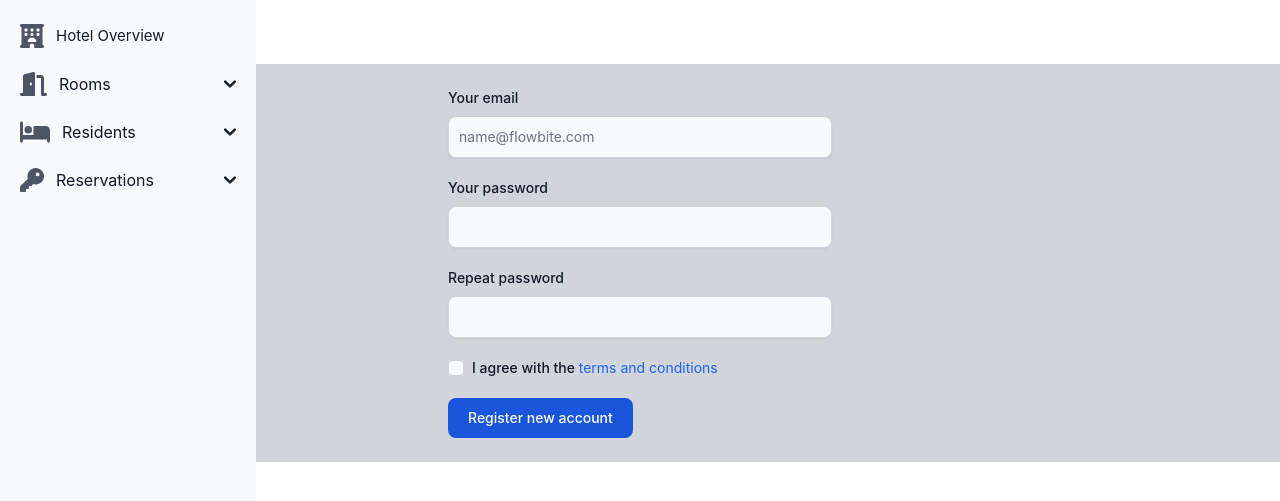
Repository: aggepap/hotelReservationsProj
Page: /rooms/add (app in admin-panel/)
An editor plug-in stored every save of this project. The page is shown before and after the next save, followed by the edit.
The browser window is 1280 px wide. The pictures show the whole page.
The project was rebuilt for these pictures with package versions that can differ from the ones it lists, and the page was loaded fresh each time. Also part of the build but not shown: admin-panel/vite.config.ts, admin-panel/src/views/HomeView.vue.

Above is the page before, as saved 2025-01-19 15:43:29.

### admin-panel/index.html
<!DOCTYPE html>
<html lang="">
  <head>
    <meta charset="UTF-8" />
    <link rel="icon" href="/favicon.ico" />
    <meta name="viewport" content="width=device-width, initial-scale=1.0" />
    <title>Vite App</title>
  </head>
  <body>
    <div id="app"></div>
    <script type="module" src="/src/main.ts"></script>
  </body>
</html>

### admin-panel/src/main.ts
import "./assets/main.css";
import "primeicons/primeicons.css";
import "flowbite";

import { createApp } from "vue";
import App from "./App.vue";
import router from "./router";

const app = createApp(App);

app.use(router);

app.mount("#app");

### admin-panel/src/assets/main.css
@import "./base.css";
@tailwind base;
@tailwind components;
@tailwind utilities;

### admin-panel/src/App.vue
<script setup lang="ts">
import { RouterLink, RouterView } from "vue-router";
import { FontAwesomeIcon } from "@fortawesome/vue-fontawesome";
import { faDoorOpen } from "@fortawesome/free-solid-svg-icons";
import { faHotel } from "@fortawesome/free-solid-svg-icons";
import { faBed } from "@fortawesome/free-solid-svg-icons";
import { faKey } from "@fortawesome/free-solid-svg-icons";
</script>

<template>
  <button
    data-drawer-target="sidebar-multi-level-sidebar"
    data-drawer-toggle="sidebar-multi-level-sidebar"
    aria-controls="sidebar-multi-level-sidebar"
    type="button"
    class="inline-flex items-center p-2 mt-2 ms-3 text-sm text-gray-500 rounded-lg sm:hidden hover:bg-gray-100 focus:outline-none focus:ring-2 focus:ring-gray-200 dark:text-gray-400 dark:hover:bg-gray-700 dark:focus:ring-gray-600"
  >
    <span class="sr-only">Open sidebar</span>
    <svg
      class="w-6 h-6"
      aria-hidden="true"
      fill="currentColor"
      viewBox="0 0 20 20"
      xmlns="http://www.w3.org/2000/svg"
    >
      <path
        clip-rule="evenodd"
        fill-rule="evenodd"
        d="M2 4.75A.75.75 0 012.75 4h14.5a.75.75 0 010 1.5H2.75A.75.75 0 012 4.75zm0 10.5a.75.75 0 01.75-.75h7.5a.75.75 0 010 1.5h-7.5a.75.75 0 01-.75-.75zM2 10a.75.75 0 01.75-.75h14.5a.75.75 0 010 1.5H2.75A.75.75 0 012 10z"
      ></path>
    </svg>
  </button>

  <aside
    id="sidebar-multi-level-sidebar"
    class="fixed top-0 left-0 z-40 w-64 h-screen transition-transform -translate-x-full sm:translate-x-0"
    aria-label="Sidebar"
  >
    <div class="h-full px-3 py-4 overflow-y-auto bg-gray-50 dark:bg-gray-800">
      <ul class="space-y-2 font-medium">
        <li>
          <a
            href="#"
            class="flex items-center p-2 text-gray-900 rounded-lg dark:text-white hover:bg-gray-100 dark:hover:bg-gray-700 group"
          >
            <FontAwesomeIcon class="text-gray-600 text-2xl" :icon="faHotel" />
            <span class="ms-3">Hotel Overview</span>
          </a>
        </li>
        <li>
          <button
            type="button"
            class="flex items-center w-full p-2 text-base text-gray-900 transition duration-75 rounded-lg group hover:bg-gray-100 dark:text-white dark:hover:bg-gray-700"
            aria-controls="dropdown-rooms"
            data-collapse-toggle="dropdown-rooms"
          >
            <FontAwesomeIcon
              class="text-gray-600 text-2xl"
              :icon="faDoorOpen"
            />

            <span class="flex-1 ms-3 text-left rtl:text-right whitespace-nowrap"
              >Rooms</span
            >
            <svg
              class="w-3 h-3"
              aria-hidden="true"
              xmlns="http://www.w3.org/2000/svg"
              fill="none"
              viewBox="0 0 10 6"
            >
              <path
                stroke="currentColor"
                stroke-linecap="round"
                stroke-linejoin="round"
                stroke-width="2"
                d="m1 1 4 4 4-4"
              />
            </svg>
          </button>
          <ul id="dropdown-rooms" class="hidden py-2 space-y-2">
            <li>
              <RouterLink
                to="/rooms/add"
                class="flex justify-start gap-2 items-start w-full p-2 text-gray-900 transition duration-75 rounded-lg pl-11 group hover:bg-gray-100 dark:text-white dark:hover:bg-gray-700"
              >
                <i class="pi pi-plus pt-1"></i> Add new Room</RouterLink
              >
            </li>
          </ul>
        </li>
        <li>
          <button
            type="button"
            class="flex items-center w-full p-2 text-base text-gray-900 transition duration-75 rounded-lg group hover:bg-gray-100 dark:text-white dark:hover:bg-gray-700"
            aria-controls="dropdown-residents"
            data-collapse-toggle="dropdown-residents"
          >
            <FontAwesomeIcon class="text-gray-600 text-2xl" :icon="faBed" />

            <span class="flex-1 ms-3 text-left rtl:text-right whitespace-nowrap"
              >Residents</span
            >
            <svg
              class="w-3 h-3"
              aria-hidden="true"
              xmlns="http://www.w3.org/2000/svg"
              fill="none"
              viewBox="0 0 10 6"
            >
              <path
                stroke="currentColor"
                stroke-linecap="round"
                stroke-linejoin="round"
                stroke-width="2"
                d="m1 1 4 4 4-4"
              />
            </svg>
          </button>
          <ul id="dropdown-residents" class="hidden py-2 space-y-2">
            <li>
              <a
                href="#"
                class="flex justify-start gap-2 items-start w-full p-2 text-gray-900 transition duration-75 rounded-lg pl-11 group hover:bg-gray-100 dark:text-white dark:hover:bg-gray-700"
              >
                <i class="pi pi-plus pt-1"></i> Add a Resident</a
              >
            </li>
          </ul>
        </li>
        <li>
          <button
            type="button"
            class="flex items-center w-full p-2 text-base text-gray-900 transition duration-75 rounded-lg group hover:bg-gray-100 dark:text-white dark:hover:bg-gray-700"
            aria-controls="dropdown-reservations"
            data-collapse-toggle="dropdown-reservations"
          >
            <FontAwesomeIcon class="text-gray-600 text-2xl" :icon="faKey" />

            <span class="flex-1 ms-3 text-left rtl:text-right whitespace-nowrap"
              >Reservations</span
            >
            <svg
              class="w-3 h-3"
              aria-hidden="true"
              xmlns="http://www.w3.org/2000/svg"
              fill="none"
              viewBox="0 0 10 6"
            >
              <path
                stroke="currentColor"
                stroke-linecap="round"
                stroke-linejoin="round"
                stroke-width="2"
                d="m1 1 4 4 4-4"
              />
            </svg>
          </button>
          <ul id="dropdown-reservations" class="hidden py-2 space-y-2">
            <li>
              <a
                href="#"
                class="flex justify-start gap-2 items-start w-full p-2 text-gray-900 transition duration-75 rounded-lg pl-11 group hover:bg-gray-100 dark:text-white dark:hover:bg-gray-700"
              >
                <i class="pi pi-plus pt-1"></i> Add a Reservation</a
              >
            </li>
          </ul>
        </li>
      </ul>
    </div>
  </aside>

  <main class="flex items-start w-full h-screen pt-12">
    <div class="mx-auto w-full m-4 md:p-6 bg-gray-300">
      <RouterView />
    </div>
  </main>
</template>

### admin-panel/src/router/index.ts
import { createRouter, createWebHistory } from "vue-router";
import HomeView from "../views/HomeView.vue";
import AddRoomView from "@/views/roomviews/AddRoomView.vue";

const router = createRouter({
  history: createWebHistory(import.meta.env.BASE_URL),
  routes: [
    {
      path: "/",
      name: "home",
      component: HomeView,
    },
    {
      path: "/rooms/add",
      name: "addRoom",
      component: AddRoomView,
    },
    {
      path: "/about",
      name: "about",
      // route level code-splitting
      // this generates a separate chunk (About.[hash].js) for this route
      // which is lazy-loaded when the route is visited.
      component: () => import("../views/AboutView.vue"),
    },
  ],
});

export default router;

### admin-panel/src/views/roomviews/AddRoomView.vue
<script setup></script>

<template>
  <form class="max-w-sm mx-auto">
    <div class="mb-5">
      <label
        for="email"
        class="block mb-2 text-sm font-medium text-gray-900 dark:text-white"
        >Your email</label
      >
      <input
        type="email"
        id="email"
        class="shadow-sm bg-gray-50 border border-gray-300 text-gray-900 text-sm rounded-lg focus:ring-blue-500 focus:border-blue-500 block w-full p-2.5 dark:bg-gray-700 dark:border-gray-600 dark:placeholder-gray-400 dark:text-white dark:focus:ring-blue-500 dark:focus:border-blue-500 dark:shadow-sm-light"
        placeholder="name@flowbite.com"
        required
      />
    </div>
    <div class="mb-5">
      <label
        for="password"
        class="block mb-2 text-sm font-medium text-gray-900 dark:text-white"
        >Your password</label
      >
      <input
        type="password"
        id="password"
        class="shadow-sm bg-gray-50 border border-gray-300 text-gray-900 text-sm rounded-lg focus:ring-blue-500 focus:border-blue-500 block w-full p-2.5 dark:bg-gray-700 dark:border-gray-600 dark:placeholder-gray-400 dark:text-white dark:focus:ring-blue-500 dark:focus:border-blue-500 dark:shadow-sm-light"
        required
      />
    </div>
    <div class="mb-5">
      <label
        for="repeat-password"
        class="block mb-2 text-sm font-medium text-gray-900 dark:text-white"
        >Repeat password</label
      >
      <input
        type="password"
        id="repeat-password"
        class="shadow-sm bg-gray-50 border border-gray-300 text-gray-900 text-sm rounded-lg focus:ring-blue-500 focus:border-blue-500 block w-full p-2.5 dark:bg-gray-700 dark:border-gray-600 dark:placeholder-gray-400 dark:text-white dark:focus:ring-blue-500 dark:focus:border-blue-500 dark:shadow-sm-light"
        required
      />
    </div>
    <div class="flex items-start mb-5">
      <div class="flex items-center h-5">
        <input
          id="terms"
          type="checkbox"
          value=""
          class="w-4 h-4 border border-gray-300 rounded bg-gray-50 focus:ring-3 focus:ring-blue-300 dark:bg-gray-700 dark:border-gray-600 dark:focus:ring-blue-600 dark:ring-offset-gray-800 dark:focus:ring-offset-gray-800"
          required
        />
      </div>
      <label
        for="terms"
        class="ms-2 text-sm font-medium text-gray-900 dark:text-gray-300"
        >I agree with the
        <a href="#" class="text-blue-600 hover:underline dark:text-blue-500"
          >terms and conditions</a
        ></label
      >
    </div>
    <button
      type="submit"
      class="text-white bg-blue-700 hover:bg-blue-800 focus:ring-4 focus:outline-none focus:ring-blue-300 font-medium rounded-lg text-sm px-5 py-2.5 text-center dark:bg-blue-600 dark:hover:bg-blue-700 dark:focus:ring-blue-800"
    >
      Register new account
    </button>
  </form>
</template>

### admin-panel/tailwind.config.js
/** @type {import('tailwindcss').Config} */
export default {
  content: [
    "./index.html",
    "./src/**/*.{vue,js,ts,jsx,tsx}",
    "./node_modules/flowbite/**/*.js",
  ],
  theme: {
    extend: {},
  },
  plugins: [require("flowbite/plugin")],
};

Loaded but not shown: admin-panel/src/assets/base.css (common file)

After the next save:
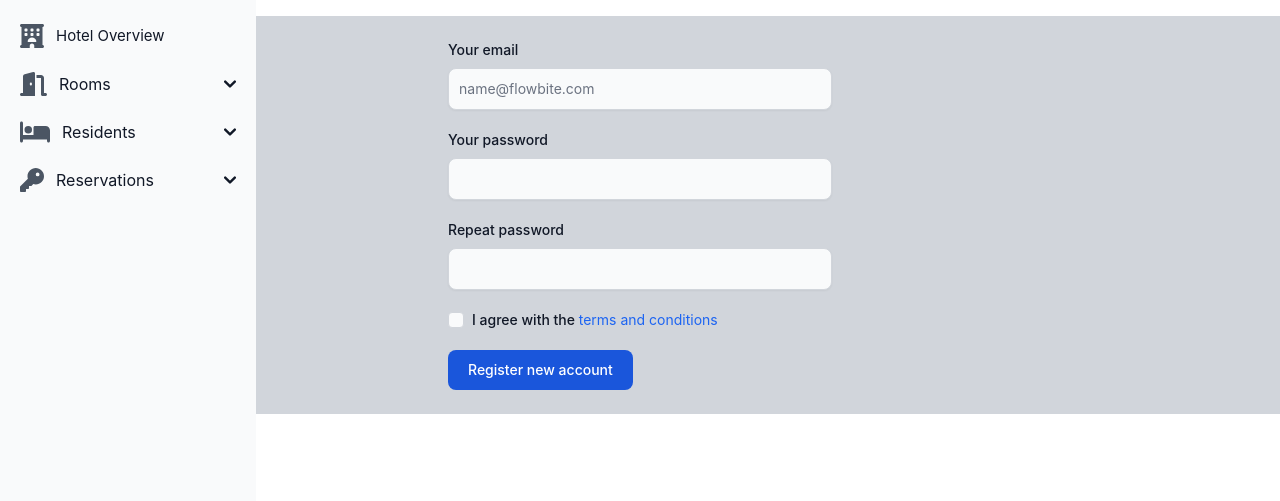
Saved 13 s later.
--- a/admin-panel/src/App.vue
+++ b/admin-panel/src/App.vue
@@ -171,8 +171,8 @@ import { faKey } from "@fortawesome/free-solid-svg-icons";
     </div>
   </aside>
 
-  <main class="flex items-start w-full h-screen pt-12">
-    <div class="mx-auto w-full m-4 md:p-6 bg-gray-300">
+  <main class="flex items-start w-full h-screen">
+    <div class="mx-auto w-full m-4 md:p-6 bg-gray-300 pt-12">
       <RouterView />
     </div>
   </main>
